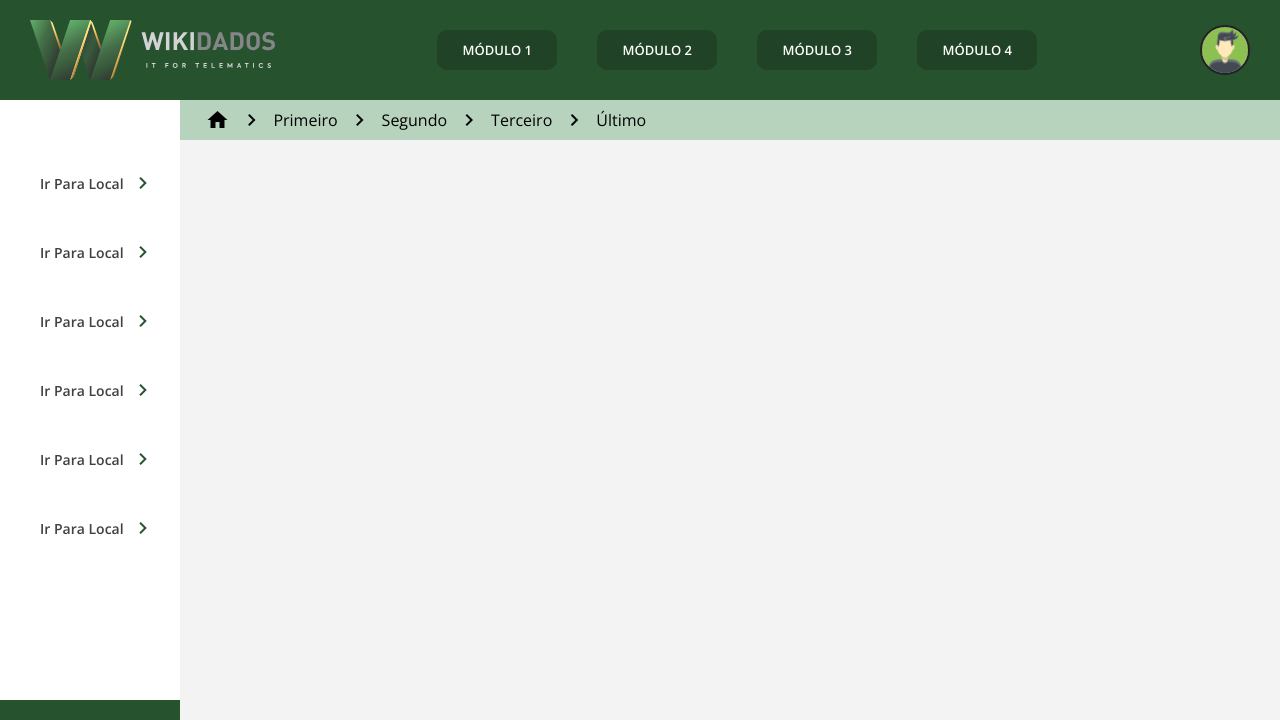
Repository: AlexDjon/alexdjon.github.io
Page: wiki-relayout/index.html
The author's editor kept a copy of each file at every save. The page is drawn from the files as they stood at one save, then again after the next save.
The browser window is 1280 px wide. The pictures show the whole page.

Above is the page before, as saved 2020-08-12 15:48:16.

### wiki-relayout/index.html
<!DOCTYPE html>
<html lang="pt-br">

<head>
  <meta charset="UTF-8">
  <meta name="viewport" content="width=device-width, initial-scale=1.0">
  <title>Wiki - Relayout</title>

  <link rel="shotcut icon" href="https://wikidados.com.br/assets/wiki/img/logos/favicon.ico">
  <link href="https://fonts.googleapis.com/icon?family=Material+Icons" rel="stylesheet">
  <link href="https://fonts.googleapis.com/css2?family=Open+Sans:wght@400;600;700&display=swap" rel="stylesheet">
  <link rel="stylesheet" href="css/styles.css">
</head>

<body>
  <header class="cabecalho">
    <img src="img/logo.svg" alt="Logo Wiki" class="logo">

    <div class="modulos">
      <button>Módulo 1</button>
      <button>Módulo 2</button>
      <button>Módulo 3</button>
      <button>Módulo 4</button>
    </div>

    <button class="user">
    </button>
  </header>

  <aside class="areas">
    <ul>
      <li><i class="material-icons">donut_large</i> Editar perfil</li>
      <li><i class="material-icons">grade</i> Favoritos</li>
      <li><i class="material-icons">history</i> Histórico</li>
      <li><i class="material-icons">power_settings_new</i> Sair</li>
    </ul>
  </aside>

  <main class="conteudo">
    <nav class="navbar">
      <ul class="menu">
        <li>Ir para local <i class="material-icons">chevron_right</i></li>
        <li>Ir para local <i class="material-icons">chevron_right</i></li>
        <li>Ir para local <i class="material-icons">chevron_right</i></li>
        <li>Ir para local <i class="material-icons">chevron_right</i></li>
        <li>Ir para local <i class="material-icons">chevron_right</i></li>
        <li>Ir para local <i class="material-icons">chevron_right</i></li>
      </ul>
    </nav>

    <div class="meio">
      <div class="barra">
        <ul class="caminho">
          <li>
            <i class="material-icons">home</i>
          </li>
          <li>
            <i class="material-icons">chevron_right</i>
          </li>
          <li>
            Primeiro
          </li>
          <li>
            <i class="material-icons">chevron_right</i>
          </li>
          <li>
            Segundo
          </li>
          <li>
            <i class="material-icons">chevron_right</i>
          </li>
          <li>
            Terceiro
          </li>
          <li>
            <i class="material-icons">chevron_right</i>
          </li>
          <li>
            Último
          </li>
        </ul>
      </div>

    </div>

  </main>

  <script src="js/scripts.js"></script>
</body>

</html>

### wiki-relayout/css/styles.css
* {
  padding: 0;
  margin: 0;
  font-weight: 100%;
  font-family: 'Open Sans', sans-serif;
  border: 0;
  outline: 0;
  box-sizing: border-box;
}

body {
  background: #f3f3f3;
}

:root {
  --verdeW: #26522e;
  --verdeW2: #204226;
  --verdeW-semi: #b7d3bd;
  --verde: #32a852;
  --black: #232323;
  --black2: #414141;
  --white: #ffffff;
  --grey: #3b3b3b;
  --shadow: -4px 4px 8px 0px rgba(10, 10, 10, 0.27);
}

/* CABECALHO */
.cabecalho {
  width: 100%;
  height: 100px;
  background: var(--verdeW);
  padding: 10px 30px;
  display: flex;
  justify-content: space-between;
  align-items: center;
}

.cabecalho .logo {
  height: 60px;
}

.cabecalho .modulos {
  display: flex;
}
.cabecalho .modulos button {
  margin: 0 20px;
  width: 120px;
  height: 40px;
  border-radius: 10px;
  background-color: var(--verdeW2);
  color: var(--white);
  font-size: 13px;
  text-transform: uppercase;
  font-weight: 600;
  cursor: pointer;
  transition: filter 0.3s;
}
.cabecalho .modulos button:hover {
  filter: brightness(90%);
}
.cabecalho .user {
  height: 50px;
  width: 50px;
  border-radius: 50%;
  border: solid 2px var(--black);

  background-image: url(../img/avatar1.png);
  background-size: cover;
  background-position: center center;

  cursor: pointer;
}

/* AREAS */
.areas {
  display: none;
  min-width: 150px;
  position: absolute;
  top: 100px;
  right: 0;
  background-color: var(--white);
  box-shadow: var(--shadow);
}
.areas.ativo {
  display: block;
}
.areas ul {
  list-style: none;
  padding: 15px 20px;
}
.areas ul li {
  margin: 12px 0;
  font-size: 14px;
  color: var(--black2);

  display: flex;
  justify-content: flex-start;
  align-items: center;
  transition: color 0.3s;
  cursor: pointer;
}
.areas ul li:hover {
  color: var(--black);
}
.areas ul li i {
  margin-right: 8px;
  font-size: 17px;
  color: var(--verdeW);
}


/* NAVBAR */
.navbar {
  width: 210px;
  height: calc(100vh - 100px);
  background: var(--white);
  border-bottom: solid 20px var(--verdeW);
}
.navbar .menu {
  padding: 50px 0 50px 30px;
  display: flex;
  flex-direction: column;
  justify-content: flex-start;
  align-items: flex-start;
  list-style: none;
}
.navbar .menu li {
  margin: 14px 0;
  text-transform: capitalize;
  font-weight: 600;
  color: var(--black2);
  font-size: 14px;
  padding: 7px 3px 10px 10px;
  /* border-bottom: solid 1px var(--white);
  border-radius: 0 0 5px 0; */

  display: flex;
  justify-content: space-between;
  align-items: center;

  cursor: pointer;
}
.navbar .menu li i {
  margin-left: 7px;
  color: var(--black2);
}
.navbar .menu li i {
  color: var(--verdeW);
}


/* CONTEUDO */
.conteudo {
  width: 100%;
  height: calc(100vh - 100px);

  display: flex;
}

.meio {
  width: 100%;
  display: flex;
  flex-direction: column;
}

.meio .barra {
  width: 100%;
  height: 40px;
  padding: 0 20px;
  margin-bottom: 10px;
  background-color: var(--verdeW-semi);
}
/*
.meio .barra div#separator span i {
  margin: 0 5px;
  color: var(--verdeW);
} */
.meio .barra .caminho {
  height: 40px;
  display: flex;
  align-items: center;
  list-style: none;
}
.meio .barra .caminho li {
  display: flex;
  align-items: center;
  height: 40px;
  margin: 0 5px;
}

### wiki-relayout/js/scripts.js
function getItem(info) {
  return document.querySelector(info)
}

getItem('.user').addEventListener('click', () => {
  getItem('.areas').classList.toggle('ativo')
})

After the next save:
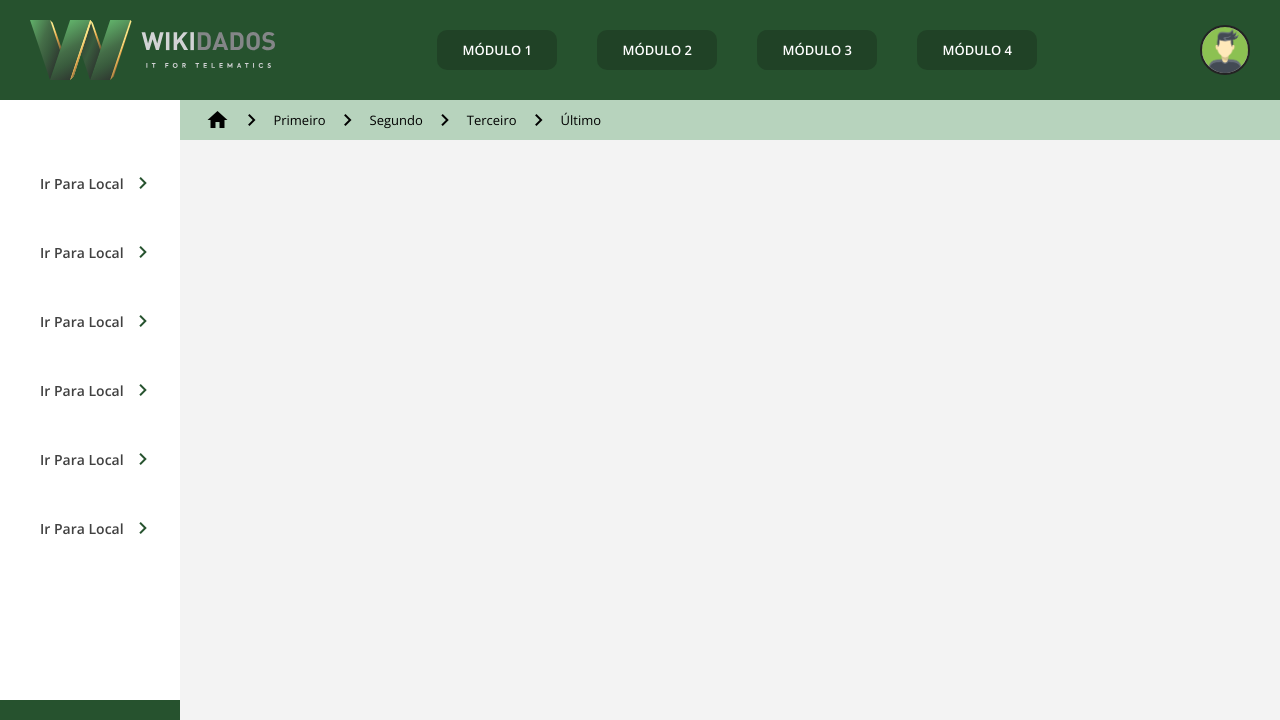
Saved 12 s later.
--- a/wiki-relayout/css/styles.css
+++ b/wiki-relayout/css/styles.css
@@ -182,8 +182,9 @@ body {
   list-style: none;
 }
 .meio .barra .caminho li {
+  height: 40px;
+  margin: 0 5px;
+  font-size: 13px;
   display: flex;
   align-items: center;
-  height: 40px;
-  margin: 0 5px;
 }
